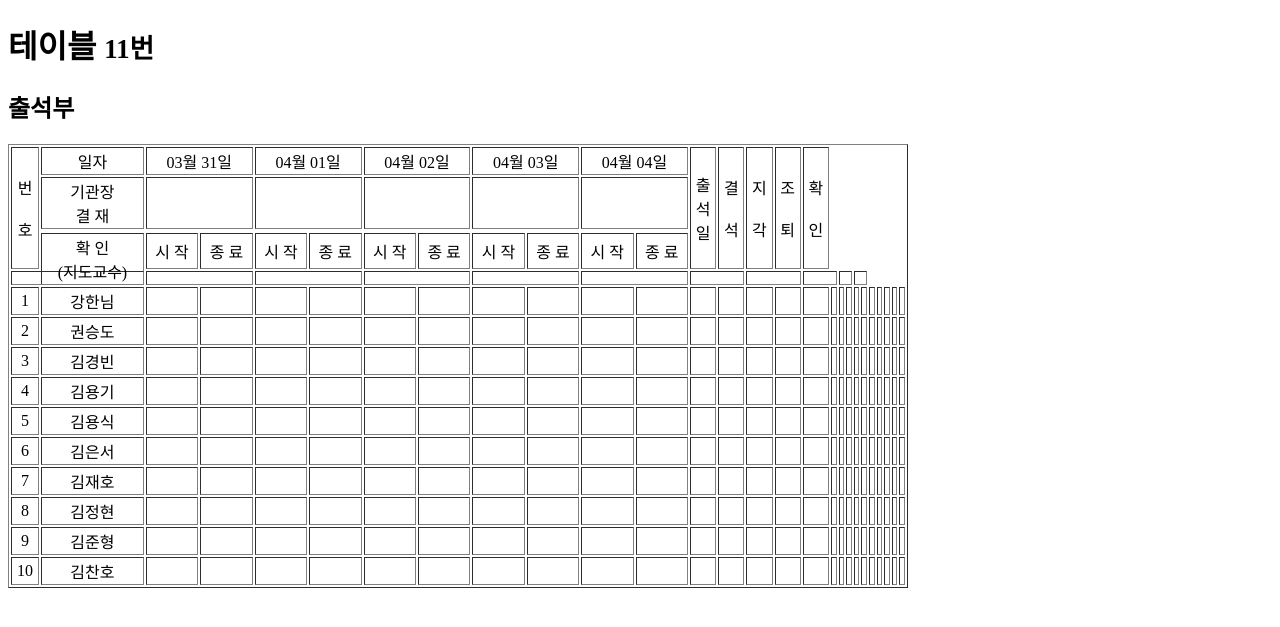
Repository: kmd192kmd/Web
Page: html/HtmlTest/src/main/webapp/ex16_table.html
These files come from the project's save history. The page is drawn as it stood at one moment and after the next save; the edit follows.
The browser window is 1280 px wide. The pictures show the whole page.

Above is the page before, as saved 2026-02-13 07:44:40.

### html/HtmlTest/src/main/webapp/ex16_table.html
<!DOCTYPE html>
<html>
<head>
<meta charset="UTF-8">
<title>Insert title here</title>
</head>
<body>
	<!-- <h1>테이블 <small>10번</small></h1>

	<h2>Table</h2>

	<table border="1" width="500" height="500">
		<tr>
			<td colspan="5" width="100" align="center" height="100">1</td>
		</tr>
		<tr>
			<td rowspan="4" width="100" align="center" height="400">6</td>
			<td colspan="2" width="100" align="center" height="100">7</td>
			<td colspan="2" width="100" align="center" height="100">9</td>
		</tr>
		<tr>
			<td width="100" align="center" height="100">12</td>
			<td width="100" align="center" height="100">13</td>
			<td rowspan="2" width="100" align="center" height="200">14</td>
			<td width="100" align="center" height="100">15</td>
		</tr>
		<tr>
			<td rowspan="2" width="100" align="center" height="200">17</td>
			<td width="100" align="center" height="100">18</td>
			<td width="100" align="center" height="100">20</td>
		</tr>
		<tr>
			<td align="center" width="100" height="100">23</td>
			<td colspan="2" width="100" align="center" height="100">24</td>
		</tr>
	</table> -->

	<h1>테이블 <small>11번</small></h1>

	<h2>출석부</h2>

	<table border="1" width="900">
		<tr>
			<td rowspan="4" align="center">번<br><br>호</td>
			<td align="center">일자</td>
			<td colspan="2" align="center">03월 31일</td>
			<td colspan="2" align="center">04월 01일</td>
			<td colspan="2" align="center">04월 02일</td>
			<td colspan="2" align="center">04월 03일</td>
			<td colspan="2" align="center">04월 04일</td>
			<td rowspan="4" align="center">출<br>석<br>일</td>
			<td rowspan="4" align="center">결<br><br>석</td>
			<td rowspan="4" align="center">지<br><br>각</td>
			<td rowspan="4" align="center">조<br><br>퇴</td>
			<td rowspan="4" align="center">확<br><br>인</td>
		</tr>
		<tr>
			<td align="center">기관장<br>결 재</td>
			<td colspan="2"></td>
			<td colspan="2"></td>
			<td colspan="2"></td>
			<td colspan="2"></td>
			<td colspan="2"></td>
		</tr>
		<tr>
		</tr>
		<tr>
			<td rowspan="2" align="center">확 인<br>(지도교수)</td>
			<td align="center">시 작</td>
			<td align="center">종 료</td>
			<td align="center">시 작</td>
			<td align="center">종 료</td>
			<td align="center">시 작</td>
			<td align="center">종 료</td>
			<td align="center">시 작</td>
			<td align="center">종 료</td>
			<td align="center">시 작</td>
			<td align="center">종 료</td>
		</tr>
		<tr>
			<td colspan="2" height="10"></td>
			<td colspan="2" height="10"></td>
			<td colspan="2" height="10"></td>
			<td colspan="2" height="10"></td>
			<td colspan="2" height="10"></td>
			<td colspan="2" height="10"></td>
			<td colspan="2" height="10"></td>
			<td colspan="2" height="10"></td>
			<td colspan="2" height="10"></td>
			<td colspan="2" height="10"></td>
			<td colspan="2" height="10"></td>
		</tr>
		<tr>
			<td align="center">1</td>
			<td align="center">강한님</td>
			<td></td>
			<td></td>
			<td></td>
			<td></td>
			<td></td>
			<td></td>
			<td></td>
			<td></td>
			<td></td>
			<td></td>
			<td></td>
			<td></td>
			<td></td>
			<td></td>
			<td></td>
			<td></td>
			<td></td>
			<td></td>
			<td></td>
			<td></td>
			<td></td>
			<td></td>
			<td></td>
			<td></td>
			<td></td>
		</tr>
		<tr>
			<td align="center">2</td>
			<td align="center">권승도</td>
			<td></td>
			<td></td>
			<td></td>
			<td></td>
			<td></td>
			<td></td>
			<td></td>
			<td></td>
			<td></td>
			<td></td>
			<td></td>
			<td></td>
			<td></td>
			<td></td>
			<td></td>
			<td></td>
			<td></td>
			<td></td>
			<td></td>
			<td></td>
			<td></td>
			<td></td>
			<td></td>
			<td></td>
			<td></td>
		</tr>
		<tr>
			<td align="center">3</td>
			<td align="center">김경빈</td>
			<td></td>
			<td></td>
			<td></td>
			<td></td>
			<td></td>
			<td></td>
			<td></td>
			<td></td>
			<td></td>
			<td></td>
			<td></td>
			<td></td>
			<td></td>
			<td></td>
			<td></td>
			<td></td>
			<td></td>
			<td></td>
			<td></td>
			<td></td>
			<td></td>
			<td></td>
			<td></td>
			<td></td>
			<td></td>
		</tr>
		<tr>
			<td align="center">4</td>
			<td align="center">김용기</td>
			<td></td>
			<td></td>
			<td></td>
			<td></td>
			<td></td>
			<td></td>
			<td></td>
			<td></td>
			<td></td>
			<td></td>
			<td></td>
			<td></td>
			<td></td>
			<td></td>
			<td></td>
			<td></td>
			<td></td>
			<td></td>
			<td></td>
			<td></td>
			<td></td>
			<td></td>
			<td></td>
			<td></td>
			<td></td>
		</tr>
		<tr>
			<td align="center">5</td>
			<td align="center">김용식</td>
			<td></td>
			<td></td>
			<td></td>
			<td></td>
			<td></td>
			<td></td>
			<td></td>
			<td></td>
			<td></td>
			<td></td>
			<td></td>
			<td></td>
			<td></td>
			<td></td>
			<td></td>
			<td></td>
			<td></td>
			<td></td>
			<td></td>
			<td></td>
			<td></td>
			<td></td>
			<td></td>
			<td></td>
			<td></td>
		</tr>
		<tr>
			<td align="center">6</td>
			<td align="center">김은서</td>
			<td></td>
			<td></td>
			<td></td>
			<td></td>
			<td></td>
			<td></td>
			<td></td>
			<td></td>
			<td></td>
			<td></td>
			<td></td>
			<td></td>
			<td></td>
			<td></td>
			<td></td>
			<td></td>
			<td></td>
			<td></td>
			<td></td>
			<td></td>
			<td></td>
			<td></td>
			<td></td>
			<td></td>
			<td></td>
		</tr>
		<tr>
			<td align="center">7</td>
			<td align="center">김재호</td>
			<td></td>
			<td></td>
			<td></td>
			<td></td>
			<td></td>
			<td></td>
			<td></td>
			<td></td>
			<td></td>
			<td></td>
			<td></td>
			<td></td>
			<td></td>
			<td></td>
			<td></td>
			<td></td>
			<td></td>
			<td></td>
			<td></td>
			<td></td>
			<td></td>
			<td></td>
			<td></td>
			<td></td>
			<td></td>
		</tr>
		<tr>
			<td align="center">8</td>
			<td align="center">김정현</td>
			<td></td>
			<td></td>
			<td></td>
			<td></td>
			<td></td>
			<td></td>
			<td></td>
			<td></td>
			<td></td>
			<td></td>
			<td></td>
			<td></td>
			<td></td>
			<td></td>
			<td></td>
			<td></td>
			<td></td>
			<td></td>
			<td></td>
			<td></td>
			<td></td>
			<td></td>
			<td></td>
			<td></td>
			<td></td>
		</tr>
		<tr>
			<td align="center">9</td>
			<td align="center">김준형</td>
			<td></td>
			<td></td>
			<td></td>
			<td></td>
			<td></td>
			<td></td>
			<td></td>
			<td></td>
			<td></td>
			<td></td>
			<td></td>
			<td></td>
			<td></td>
			<td></td>
			<td></td>
			<td></td>
			<td></td>
			<td></td>
			<td></td>
			<td></td>
			<td></td>
			<td></td>
			<td></td>
			<td></td>
			<td></td>
		</tr>
		<tr>
			<td align="center">10</td>
			<td align="center">김찬호</td>
			<td></td>
			<td></td>
			<td></td>
			<td></td>
			<td></td>
			<td></td>
			<td></td>
			<td></td>
			<td></td>
			<td></td>
			<td></td>
			<td></td>
			<td></td>
			<td></td>
			<td></td>
			<td></td>
			<td></td>
			<td></td>
			<td></td>
			<td></td>
			<td></td>
			<td></td>
			<td></td>
			<td></td>
			<td></td>
		</tr>
	</table>
</body>
</html>

After the next save:
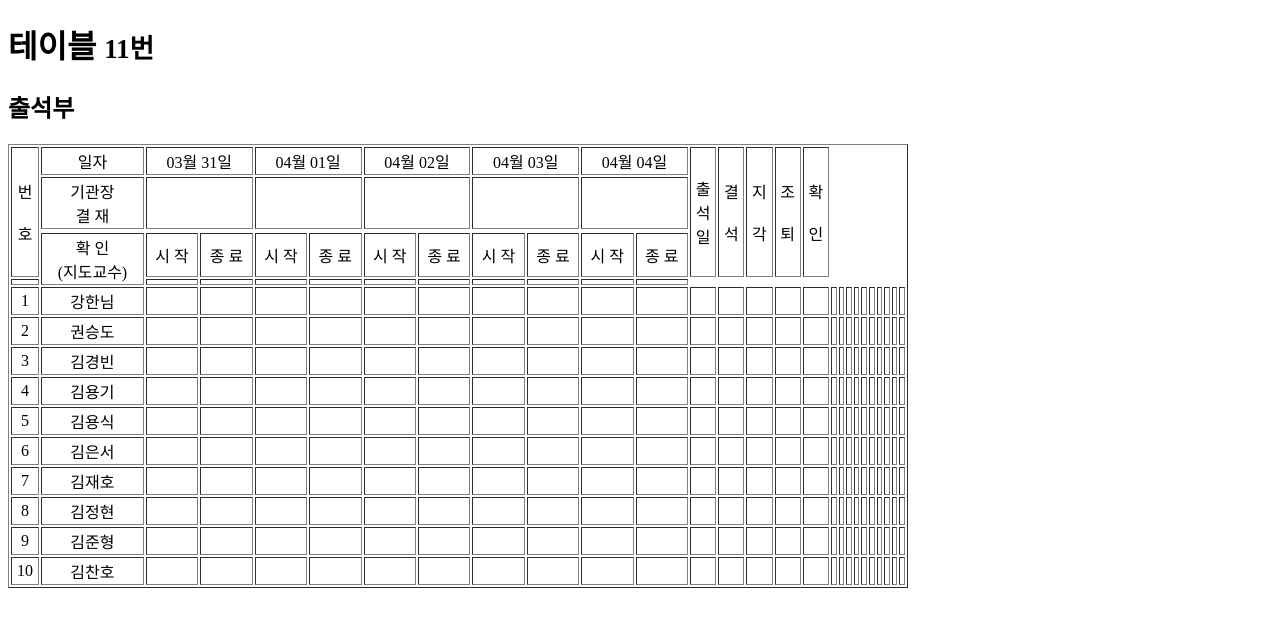
Saved 58 s later.
--- a/html/HtmlTest/src/main/webapp/ex16_table.html
+++ b/html/HtmlTest/src/main/webapp/ex16_table.html
@@ -78,17 +78,17 @@
 			<td align="center">종 료</td>
 		</tr>
 		<tr>
-			<td colspan="2" height="10"></td>
-			<td colspan="2" height="10"></td>
-			<td colspan="2" height="10"></td>
-			<td colspan="2" height="10"></td>
-			<td colspan="2" height="10"></td>
-			<td colspan="2" height="10"></td>
-			<td colspan="2" height="10"></td>
-			<td colspan="2" height="10"></td>
-			<td colspan="2" height="10"></td>
-			<td colspan="2" height="10"></td>
-			<td colspan="2" height="10"></td>
+			<td></td>
+			<td></td>
+			<td></td>
+			<td></td>
+			<td></td>
+			<td></td>
+			<td></td>
+			<td></td>
+			<td></td>
+			<td></td>
+			<td></td>
 		</tr>
 		<tr>
 			<td align="center">1</td>
